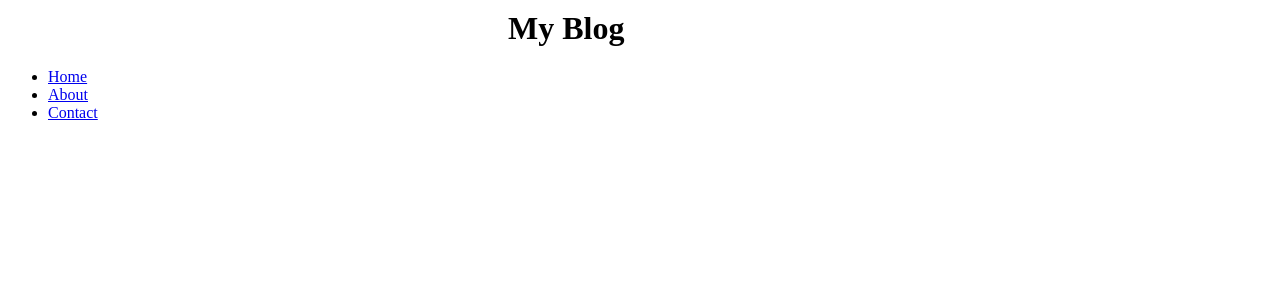
Repository: Femi007-gh/BLOG
Page: index.html
An editor plug-in stored every save of this project. The page is shown before and after the next save, followed by the edit.
The browser window is 1280 px wide. The pictures show the whole page.

Above is the page before, as saved 2025-01-08 06:51:58.

### index.html
<html>
  <head>
    <title>BLOG</title>
    <link rel="stylesheet" href="style.css">
  </head>
  <body>
    <header>
      <h1 class="head">My Blog</h1>
      <nav>
        <ul>
          <li><a href="#">Home</a></li>
          <li><a href="#">About</a></li>
          <li><a href="#">Contact</a></li>
        </ul>
      </nav>
    </header>
  </body>
</html>

### style.css
header {


}

.head {
  margin-left: 500px;
  margin-top: 10px;
}

After the next save:
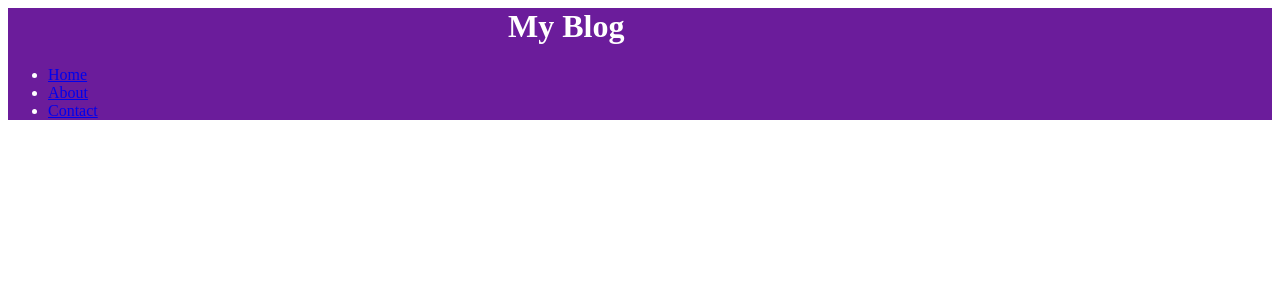
Saved 10 s later.
--- a/style.css
+++ b/style.css
@@ -1,9 +1,9 @@
 header {
-
-
+  background-color: 6B1C9B;
+  color: white;
 }
 
 .head {
   margin-left: 500px;
-  margin-top: 10px;
+  margin-top: 0px;
 }
